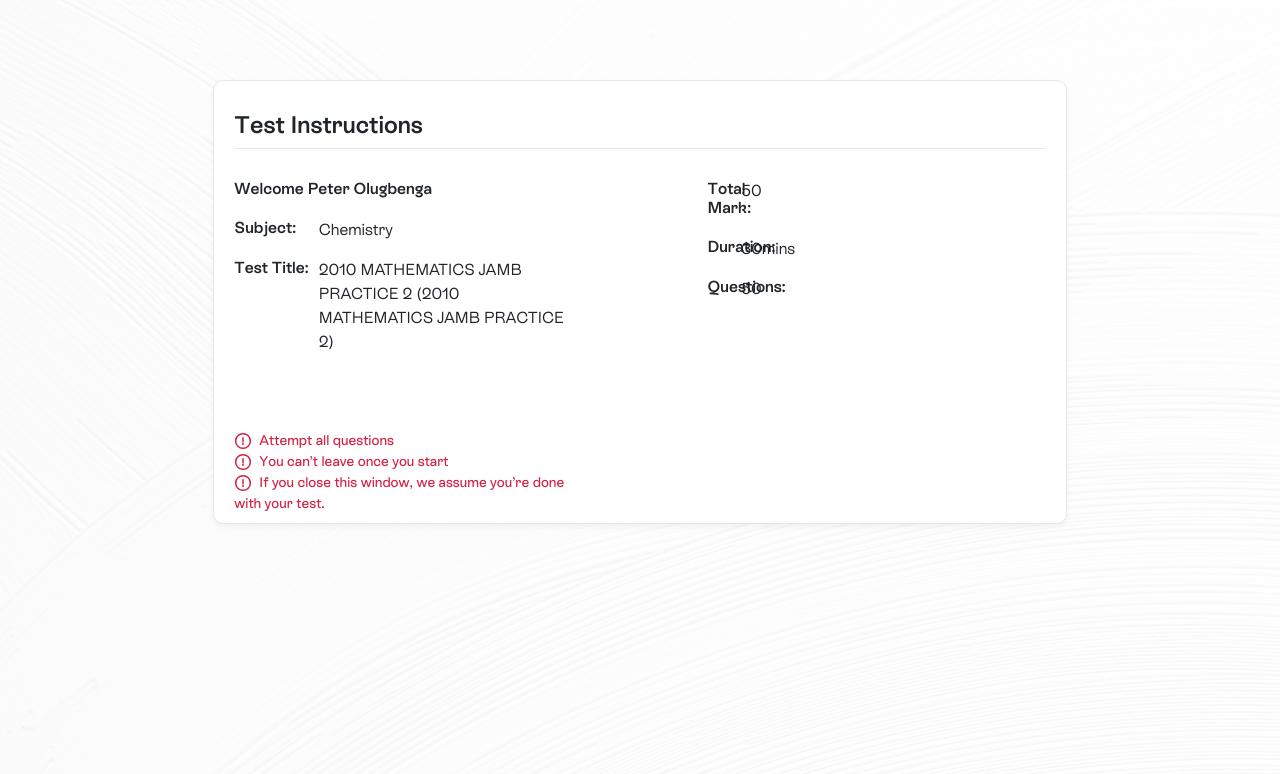
Repository: sarahnnanyelugo/educare-cbt
Page: /test-instructions
An editor plug-in stored every save of this project. The page is shown before and after the next save, followed by the edit.
The browser window is 1280 px wide. The pictures show the whole page.
The project was rebuilt for these pictures with package versions that can differ from the ones it lists, and the page was loaded fresh each time. Also part of the build but not shown: src/components/Form/Form.js, src/pages/AuthenticationPage/auth.scss, src/pages/AuthenticationPage/AuthenticationPage.js, src/components/Exams/exams.scss, src/components/TestModal/test-modal.scss, src/components/TestModal/TestModal.js, src/components/Exams/Exams.js, src/TestData/examsData.js and 3 more. Imported but missing from the stored project, and not drawn on this page: src/components/Form/Password, src/components/GoogleButton/GoogleButton.

Above is the page before, as saved 2023-11-05 03:34:58.

After the next save:
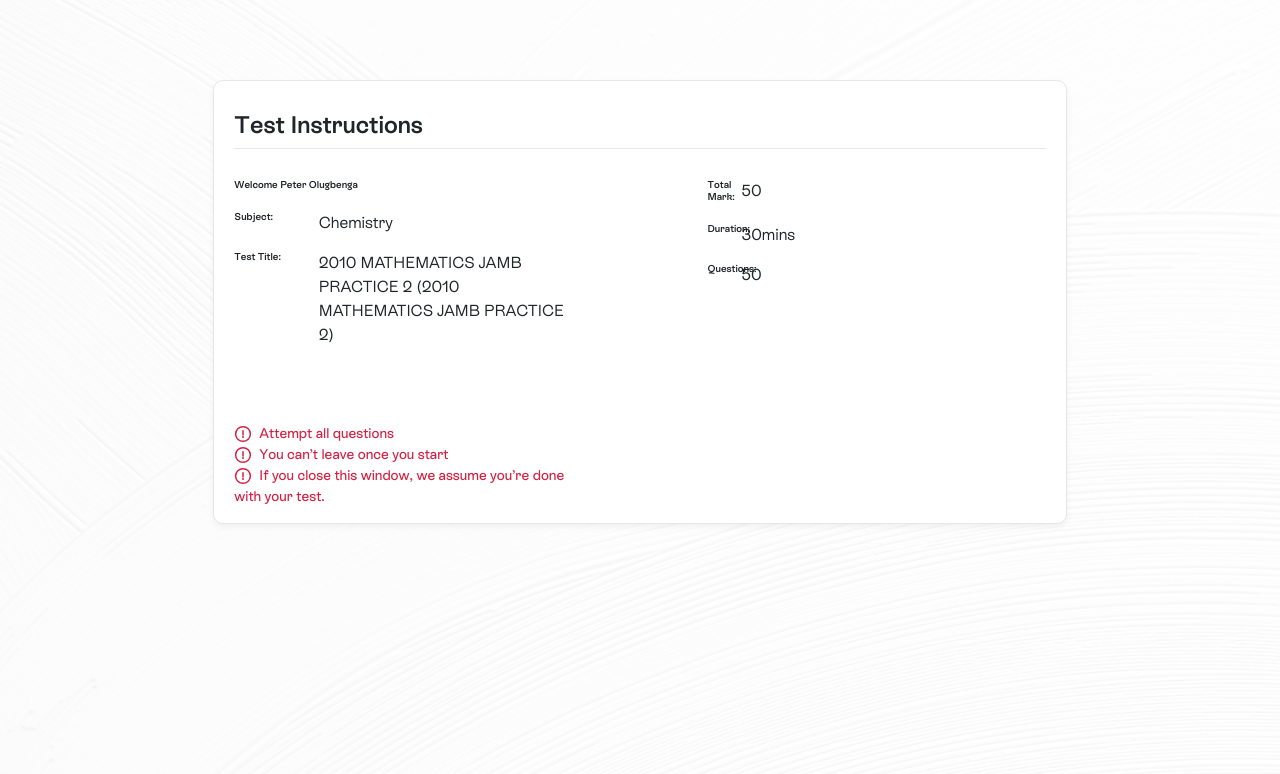
Saved 23 s later.
--- a/src/pages/TestInstructions/test-instructions.scss
+++ b/src/pages/TestInstructions/test-instructions.scss
@@ -19,7 +19,7 @@
       margin-top: 30px;
       h6 {
         margin-bottom: 20px;
-        font-size: 16px;
+        font-size: 10px;
       }
       p {
         font-size: 16px;

After the save that followed:
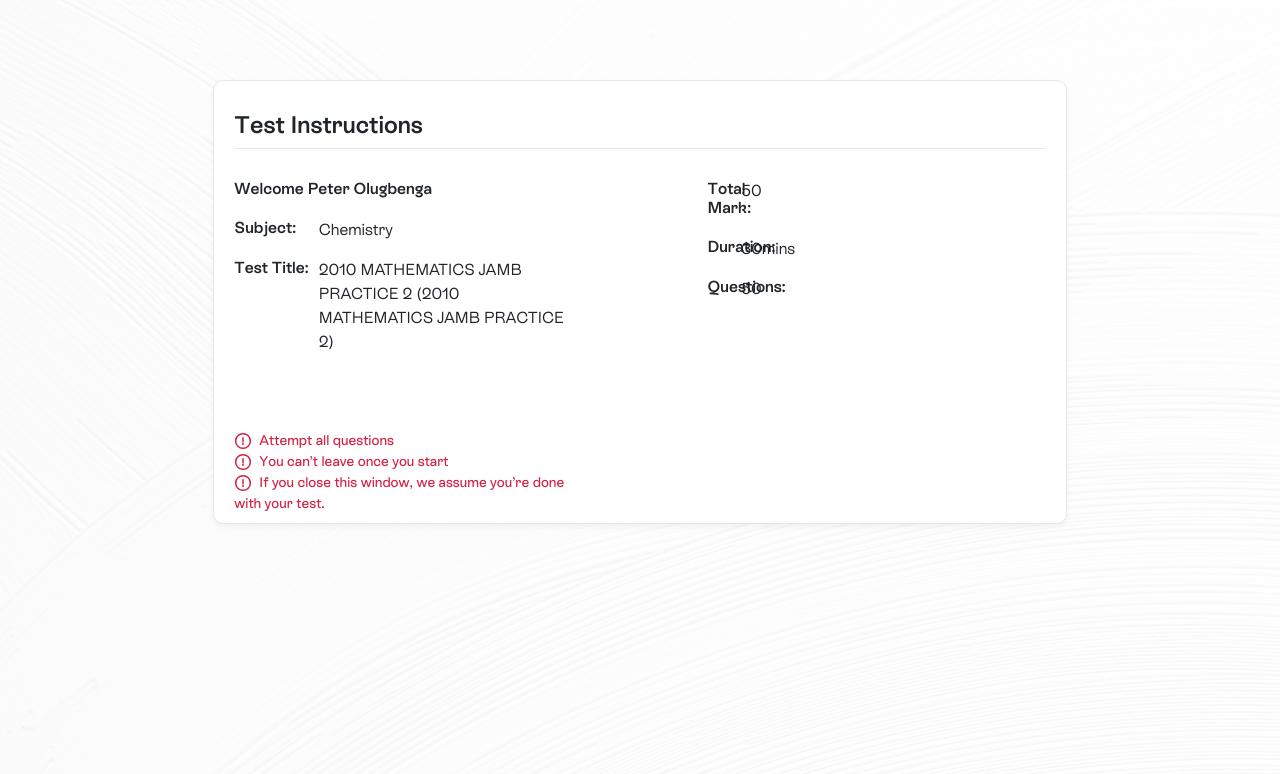
Saved 6 s later.
--- a/src/pages/TestInstructions/test-instructions.scss
+++ b/src/pages/TestInstructions/test-instructions.scss
@@ -19,7 +19,7 @@
       margin-top: 30px;
       h6 {
         margin-bottom: 20px;
-        font-size: 10px;
+        font-size: 16px;
       }
       p {
         font-size: 16px;
